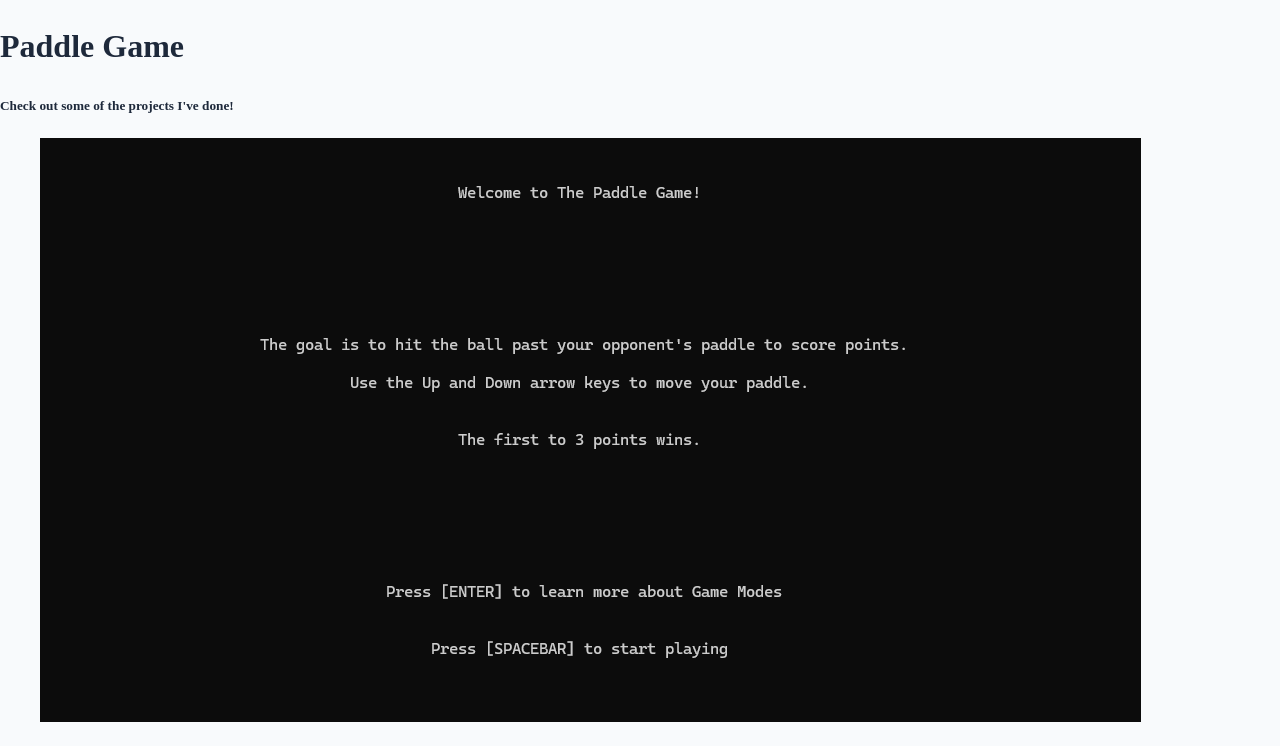
Repository: alison-cunningham/alison-cunningham
Page: pages/paddle-game.html
The author's editor kept a copy of each file at every save. The page is drawn from the files as they stood at one save, then again after the next save.
The browser window is 1280 px wide. The pictures show the whole page.
Some web fonts or font styles are not loaded; a fallback is used.

Above is the page before, as saved 2026-05-08 20:37:57.

After the next save:
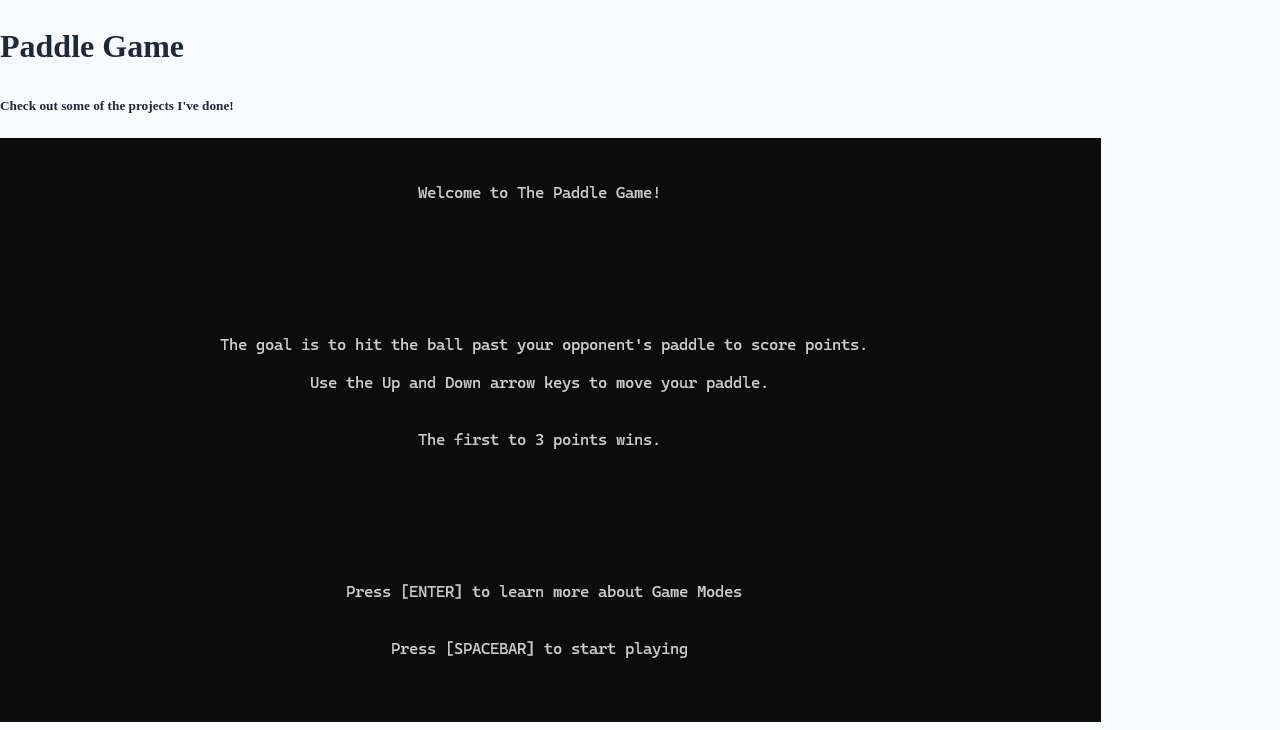
Saved 84 s later.
--- a/pages/paddle-game.html
+++ b/pages/paddle-game.html
@@ -13,13 +13,9 @@
         <h5>Check out some of the projects I've done!</h5>
     </header>
 
-    <aside>
-        <a href="./paddle-game.html"
-    </aside>
 
-    <figure>
-        <img src="../assets/images/paddle-game-screenshot-2.png" alt="Screenshot from Paddle Game gameplay">
-    </figure>
+    <img src="../assets/images/paddle-game-screenshot-2.png" alt="Screenshot from Paddle Game gameplay">
+
 
 
 </body>
